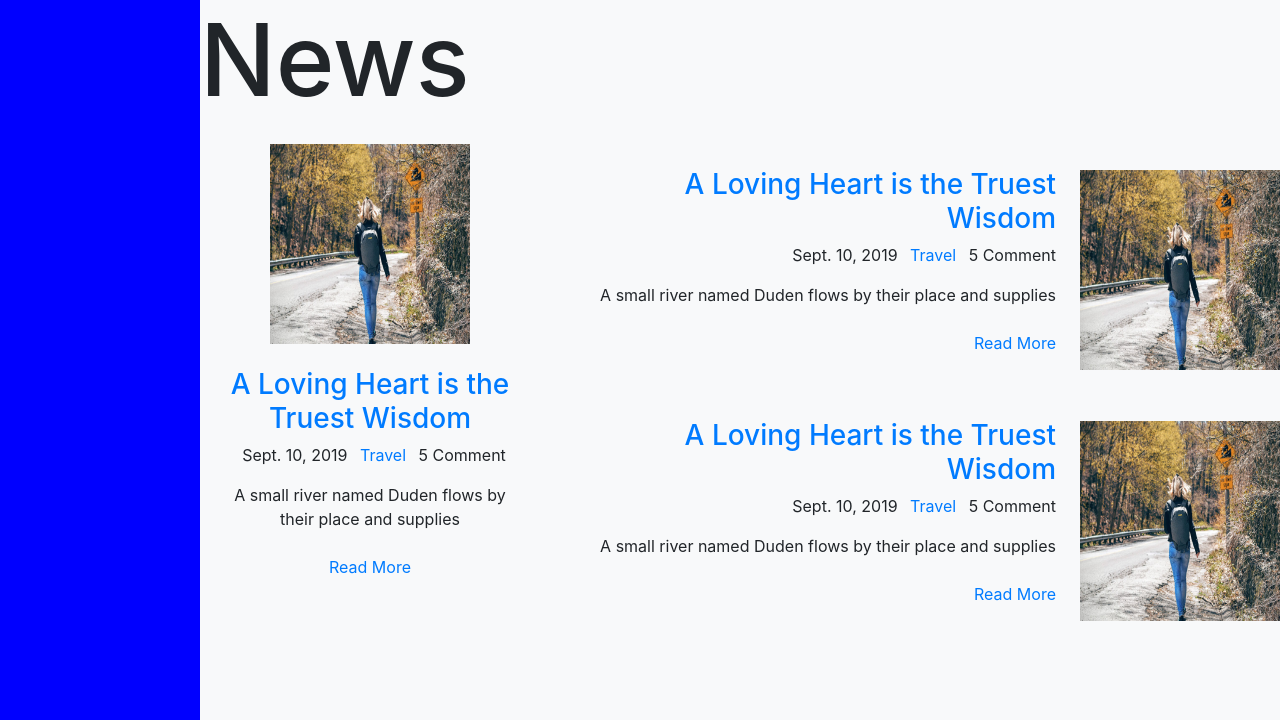
Repository: tts2610/GoogleNews
Page: index.html
The author's editor kept a copy of each file at every save. The page is drawn from the files as they stood at one save, then again after the next save.
The browser window is 1280 px wide. The pictures show the whole page.
The page's requests for data from a server got no answer.

Above is the page before, as saved 2020-05-20 13:54:20.

After the next save:
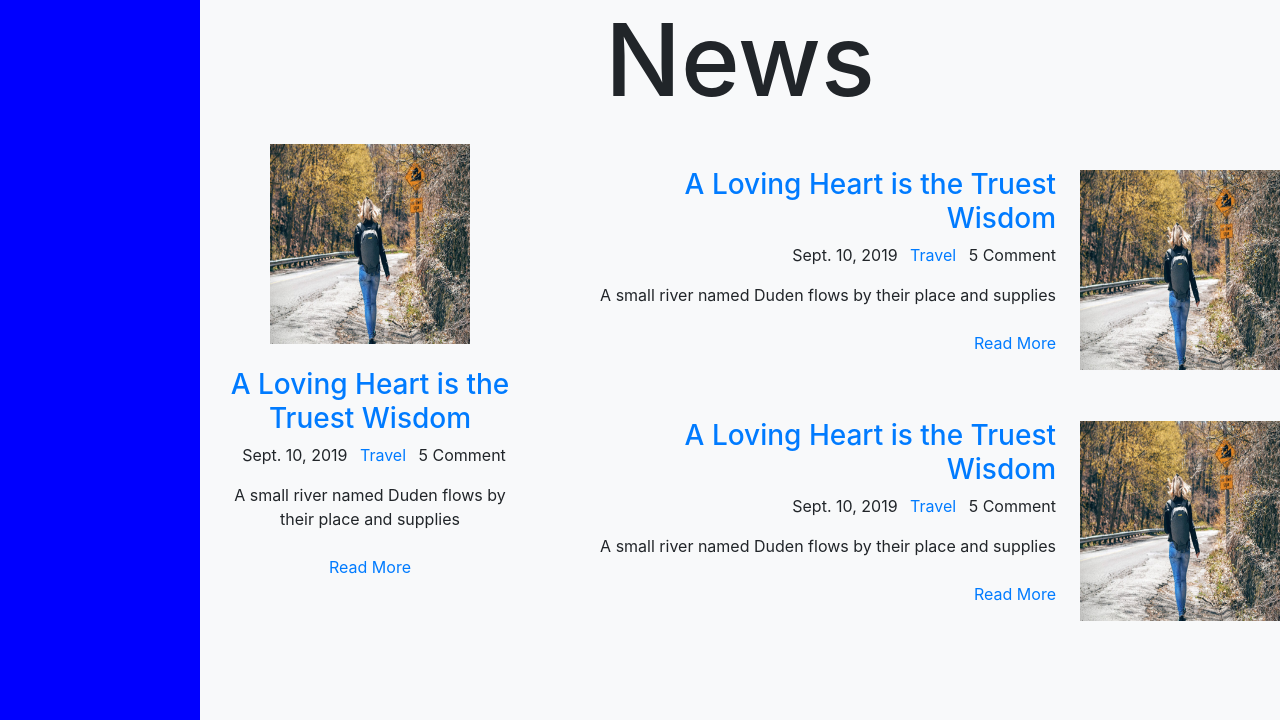
Saved 13 s later.
--- a/index.html
+++ b/index.html
@@ -23,7 +23,7 @@
         <div class="sidenav"></div>
         <div class="content">
             <div class="content-header mb-4">
-                <h1 style="font-size: 100px;">News</h1>
+                <h1 style="font-size: 100px; text-align: center;">News</h1>
             </div>
             <div class="row">
                 <div class="col-4 d-flex">
